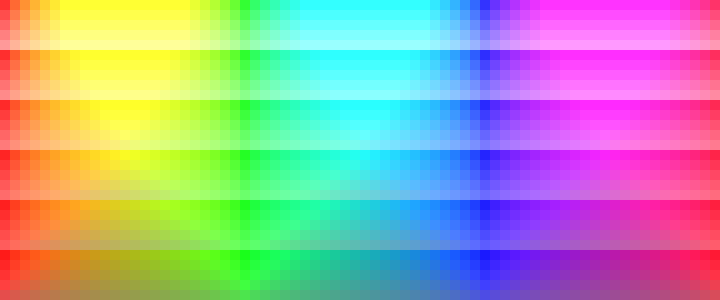
Repository: zhuqinghe/mapf_visualizer
Script's output: python color.py
These files come from the project's save history. The script's output is drawn as it stood at one moment and after a run of saves; the edit follows.
The window is shown after at most 60 frames with no key pressed. Random numbers start from a fixed seed.

Above is the script's output before, as saved 2021-07-19 14:46:37.

After the next 2 saves:
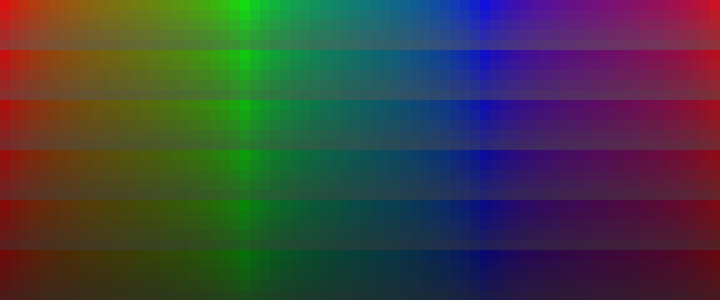
The 2 saves are shown as one change because 1 did not build or start.
The last was saved 15 min 58 s later.
--- a/color.py
+++ b/color.py
@@ -90,14 +90,7 @@ def HSI2RGB(H, S ,I):
       return
   # print('R:', R, ', G:', G, ', B:', B)
 
-  if R >= 1.0:
-    R = 1.0
-  if G >= 1.0:
-    G = 1.0
-  if B >= 1.0:
-    B = 1.0
-
-  return [round(R*255), round(G*255), round(B*255)]
+  return [round(R/3.0*255), round(G/3.0*255), round(B/3.0*255)]
 
 
 if __name__ == '__main__':
